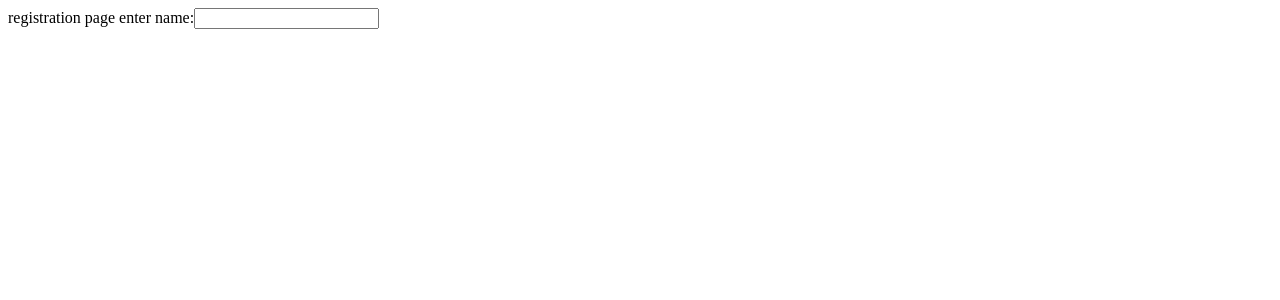
Repository: vishnushelke/LoginPage
Page: http://localhost/MyLoginPage/register.jsp
The author's editor kept a copy of each file at every save. The page is drawn from the files as they stood at one save, then again after the next save.
The browser window is 1280 px wide. The pictures show the whole page.
The page is served by Tomcat 9.

Above is the page before, as saved 2019-10-10 04:10:22.

After the next save:
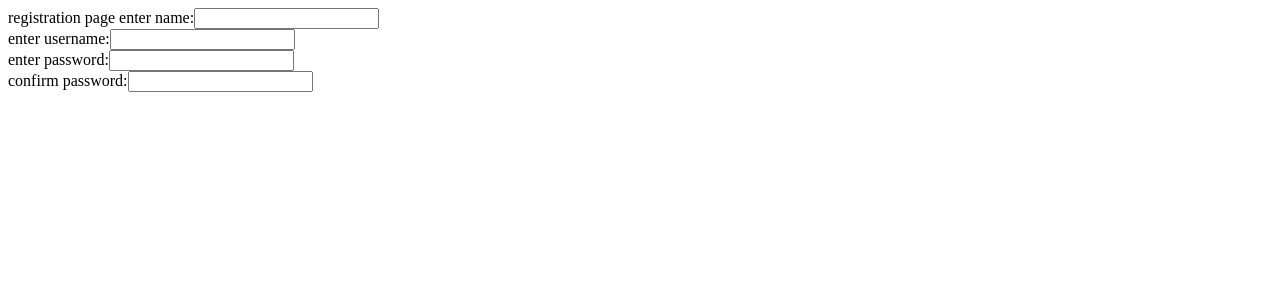
Saved 51 s later.
--- a/MyLoginPage/WebContent/register.jsp
+++ b/MyLoginPage/WebContent/register.jsp
@@ -10,6 +10,9 @@
 <body>
 registration page
 enter name:<input type="text" name="name"><br>
+enter username:<input type="text" name="name"><br>
+enter password:<input type="text" name="name"><br>
+confirm password:<input type="text" name="name"><br>
 </body>
 </form>
 </html>
